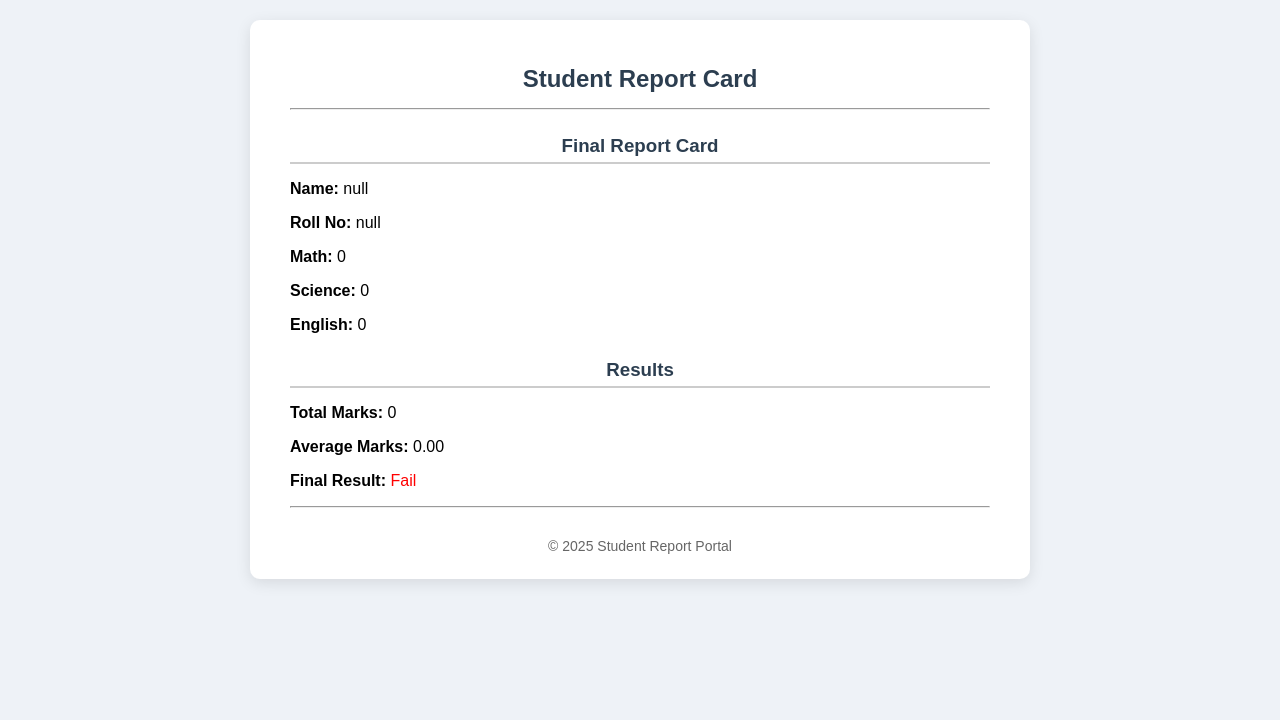
Repository: ashwinii19/Core-Java-Learning
Page: http://localhost/24-JSP/profile.jsp
An editor plug-in stored every save of this project. The page is shown before and after the next save, followed by the edit.
The browser window is 1280 px wide. The pictures show the whole page.
The page is served by Tomcat 9.

Above is the page before, as saved 2025-08-20 03:36:39.

After the next save:
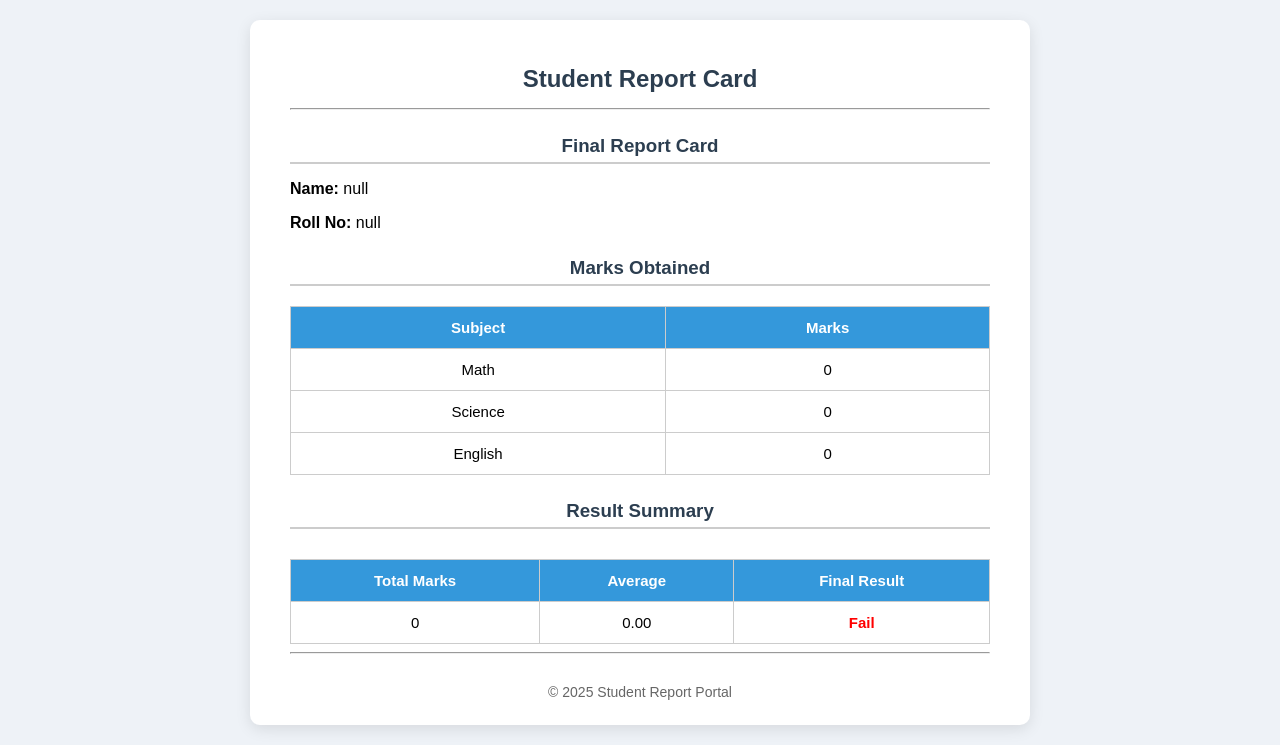
Saved 29 s later.
--- a/24-JSP/src/main/webapp/result.jsp
+++ b/24-JSP/src/main/webapp/result.jsp
@@ -10,6 +10,7 @@
     <jsp:include page="header.jsp"/>
 
     <h3>Final Report Card</h3>
+
     <%
         String name = request.getParameter("name");
         String rollNo = request.getParameter("rollNo");
@@ -20,36 +21,53 @@
         int total = math + science + english;
         double avg = total / 3.0;
 
-        String status;
+        String result;
         if (math < 35 || science < 35 || english < 35) {
-            status = "Fail";
+            result = "Fail";
         } else if (avg >= 90) {
-            status = "A+";
+            result = "A+";
         } else if (avg >= 80) {
-            status = "A";
+            result = "A";
         } else if (avg >= 70) {
-            status = "B";
+            result = "B";
         } else if (avg >= 60) {
-            status = "C";
+            result = "C";
         } else {
-            status = "Fail";
+            result = "Fail";
         }
     %>
 
     <p><strong>Name:</strong> <%= name %></p>
     <p><strong>Roll No:</strong> <%= rollNo %></p>
-    <p><strong>Math:</strong> <%= math %></p>
-    <p><strong>Science:</strong> <%= science %></p>
-    <p><strong>English:</strong> <%= english %></p>
 
-    <h3>Results</h3>
-    <p><strong>Total Marks:</strong> <%= total %></p>
-    <p><strong>Average Marks:</strong> <%= String.format("%.2f", avg) %></p>
-    <p><strong>Final Result:</strong>
-        <span style="color:<%= status.equals("Fail") ? "red" : "green" %>;">
-            <%= status %>
-        </span>
-    </p>
+    <!-- Marks Table -->
+    <h3>Marks Obtained</h3>
+    <table>
+        <tr>
+            <th>Subject</th>
+            <th>Marks</th>
+        </tr>
+        <tr><td>Math</td><td><%= math %></td></tr>
+        <tr><td>Science</td><td><%= science %></td></tr>
+        <tr><td>English</td><td><%= english %></td></tr>
+    </table>
+
+    <!-- Result Summary Table -->
+    <h3>Result Summary</h3>
+    <table class="result-table">
+        <tr>
+            <th>Total Marks</th>
+            <th>Average</th>
+            <th>Final Result</th>
+        </tr>
+        <tr>
+            <td><%= total %></td>
+            <td><%= String.format("%.2f", avg) %></td>
+            <td class="<%= result.equals("Fail") ? "status-fail" : "status-pass" %>">
+                <%= result %>
+            </td>
+        </tr>
+    </table>
 
     <jsp:include page="footer.jsp"/>
 </body>
